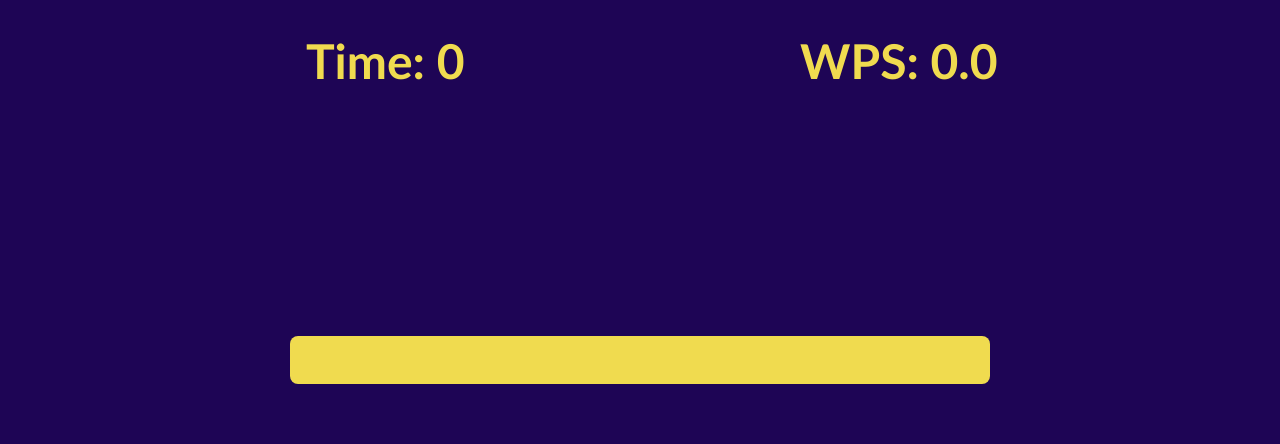
Repository: KhangNguyenIU/Vanilajs-TypingSpeed
Page: index.html
The author's editor kept a copy of each file at every save. The page is drawn from the files as they stood at one save, then again after the next save.
The browser window is 1280 px wide. The pictures show the whole page.
The page's requests for data from a server got no answer.

Above is the page before, as saved 2021-10-15 11:01:33.

After the next save:
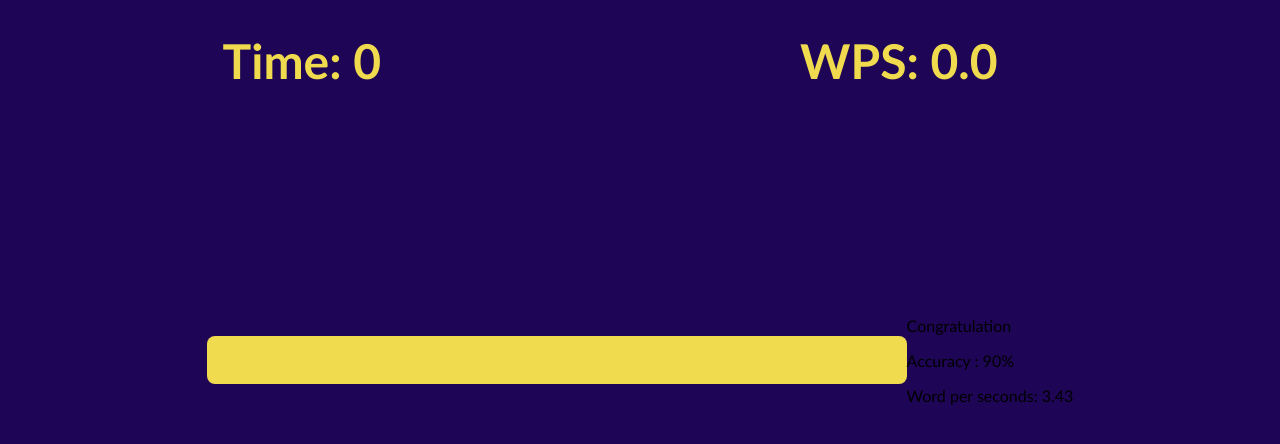
Saved 6 min 13 s later.
--- a/index.html
+++ b/index.html
@@ -1,33 +1,38 @@
 <!DOCTYPE html>
 <html lang="en">
-<head>
-    <meta charset="UTF-8">
-    <meta http-equiv="X-UA-Compatible" content="IE=edge">
-    <meta name="viewport" content="width=device-width, initial-scale=1.0">
-    <link rel="stylesheet" href="style.css"/>
+  <head>
+    <meta charset="UTF-8" />
+    <meta http-equiv="X-UA-Compatible" content="IE=edge" />
+    <meta name="viewport" content="width=device-width, initial-scale=1.0" />
+    <link rel="stylesheet" href="style.css" />
     <script src="script.js" defer></script>
     <title>Typing Game</title>
-</head>
-<body>
+  </head>
+  <body>
     <body>
+      <div class="container">
+        <div class="timer">
+          <span>Time: </span>
+          <span id="timer">0</span>
+        </div>
+        <div class="word-speed">
+          <span> WPS: </span>
+          <span id="word-speed"> 0.0 </span>
+        </div>
+        <div class="quote-display" id="quoteDisplay"></div>
+        <!-- <textarea id="quoteInput" class="quote-input" autofocus></textarea> -->
+      </div>
 
-        <div class="container">
-          <div class="timer" >
-            <span>Time: </span>
-            <span id =timer>0</span>
+      <div class="modal" id ="modal">
+          <div class="modal-body">
+              <p>Congratulation</p>
+              <p>Accuracy : 90%</p>
+              <p>Word per seconds: 3.43</p>
           </div>
-          <div class="word-speed" >
-            <span>
-              WPS:
-            </span>
-            <span id =word-speed>
-              0.0
-            </span>
+      </div>
+      <div id="overlay">
 
-          </div>
-          <div class="quote-display" id="quoteDisplay"></div>
-          <!-- <textarea id="quoteInput" class="quote-input" autofocus></textarea> -->
-        </div>
-      </body>
-</body>
+      </div>
+    </body>
+  </body>
 </html>
